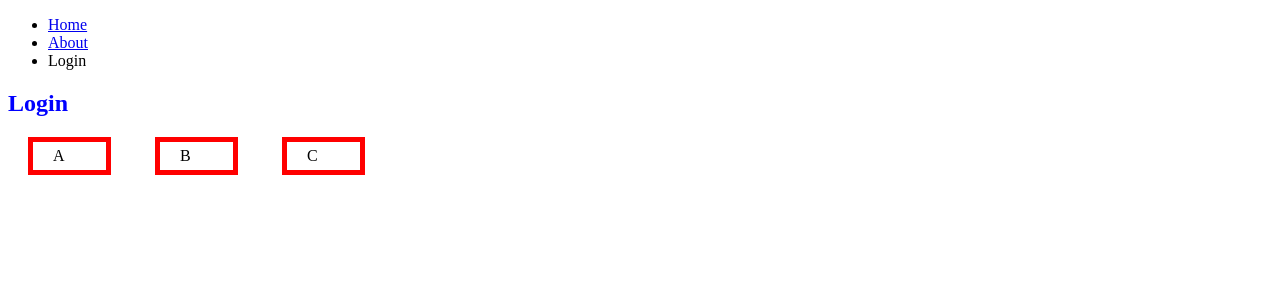
Repository: rileymeye1/ZTM
Page: project_files/login.html
The author's editor kept a copy of each file at every save. The page is drawn from the files as they stood at one save, then again after the next save.
The browser window is 1280 px wide. The pictures show the whole page.

Above is the page before, as saved 2024-08-19 17:33:03.

### project_files/login.html

<!DOCTYPE html>
<html>
<head>
  <title>My first website!</title>
  <link rel="stylesheet" type="text/css" href="style2.css">
</head>
<body>
  <header>
    <nav>
      <ul>
        <li><a href="index.html">Home</a></li>
        <li><a href="about.html">About</a></li>
        <li>Login</li>
      </ul>
    </nav>
  </header>
  <section>
    <h2>Login</h2>
    <div class="boxmodel">
      A
    </div>
    <div class="boxmodel">
      B
    </div>
    <div class="boxmodel">
      C
    </div>
  </section>
</body>
</html>

### project_files/style2.css
h2 {
  color: blue;
}

.boxmodel {
  border: 5px solid red;
  display: inline-block;
  padding: 5px 20px;
  margin: 0px 20px;
  width: 33px
}

After the next save:
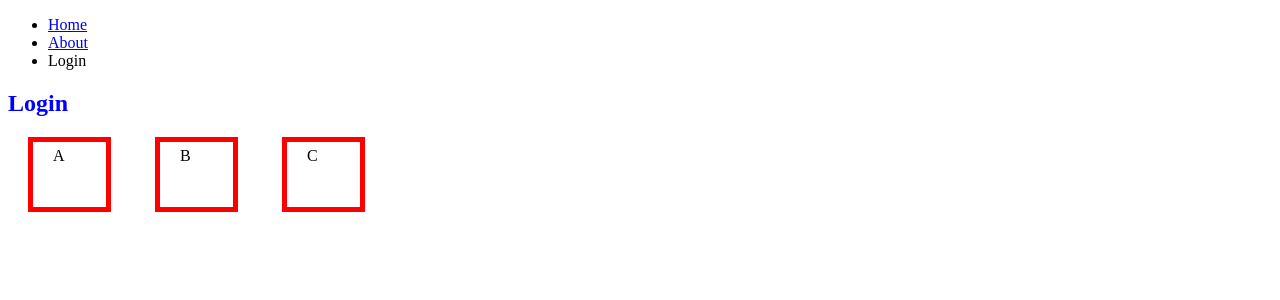
Saved 7 s later.
--- a/project_files/style2.css
+++ b/project_files/style2.css
@@ -7,5 +7,6 @@ h2 {
   display: inline-block;
   padding: 5px 20px;
   margin: 0px 20px;
-  width: 33px
+  width: 33px;
+  height: 55px;
 }
